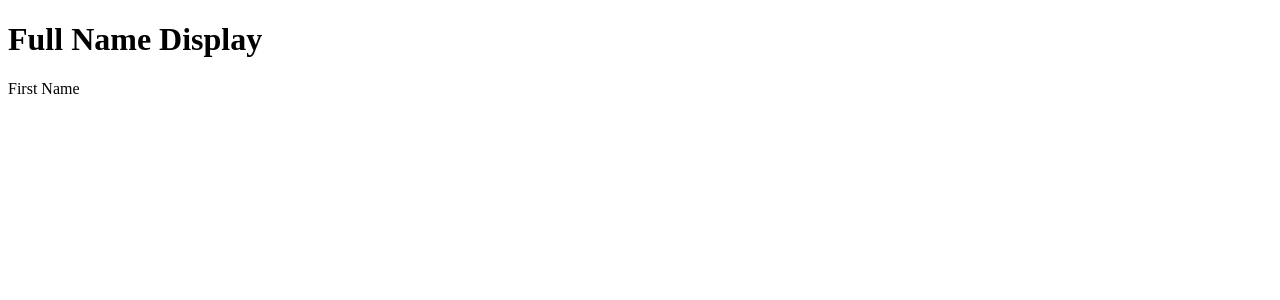
Repository: rajratangm/NameForm
Page: / (app in nameform/)
These files come from the project's save history. The page is drawn as it stood at one moment and after a run of saves; the edit follows.
The browser window is 1280 px wide. The pictures show the whole page.
The project was rebuilt for these pictures with package versions that can differ from the ones it lists, and the page was loaded fresh each time. Also part of the build but not shown: nameform/vite.config.js.

Above is the page before, as saved 2024-04-02 16:30:37.

### nameform/src/App.jsx
import { useState } from 'react'
import reactLogo from './assets/react.svg'
import viteLogo from '/vite.svg'
// import './App.css'

function App() {
  const [count, setCount] = useState(0)

  return (
    <>
    <h1>Full Name Display</h1>
    <form>
      <div>
        <label>First Name</label>
      </div>





    </form>
    {/* <p>First Name:<input type='text' value={'firstName'} onChange={handleFirstName} ></input></p>
    <p>Last Name:<input></input></p>
    <button>Submit</button> */}



    </>
  )
}

export default App

Loaded but not shown: nameform/index.html (common file); nameform/src/main.jsx (common file)

After the next 2 saves:
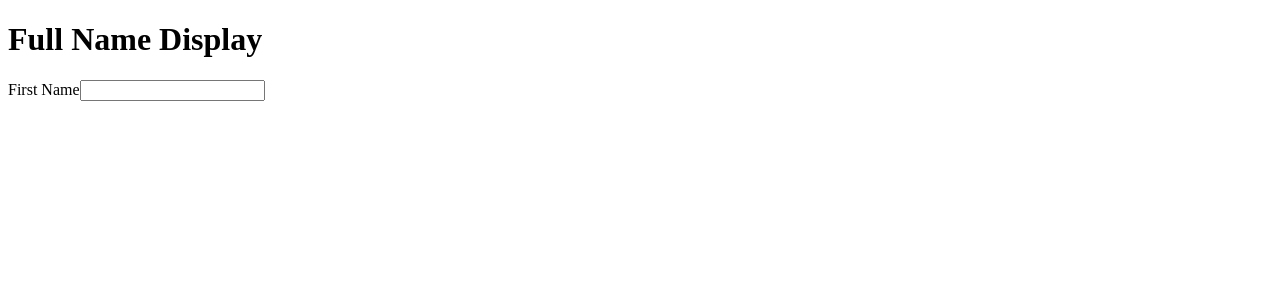
The 2 saves are shown as one change because 1 did not build or start.
The last was saved 8 s later.
--- a/nameform/src/App.jsx
+++ b/nameform/src/App.jsx
@@ -12,6 +12,7 @@ function App() {
     <form>
       <div>
         <label>First Name</label>
+        <input></input>
       </div>
 
 
